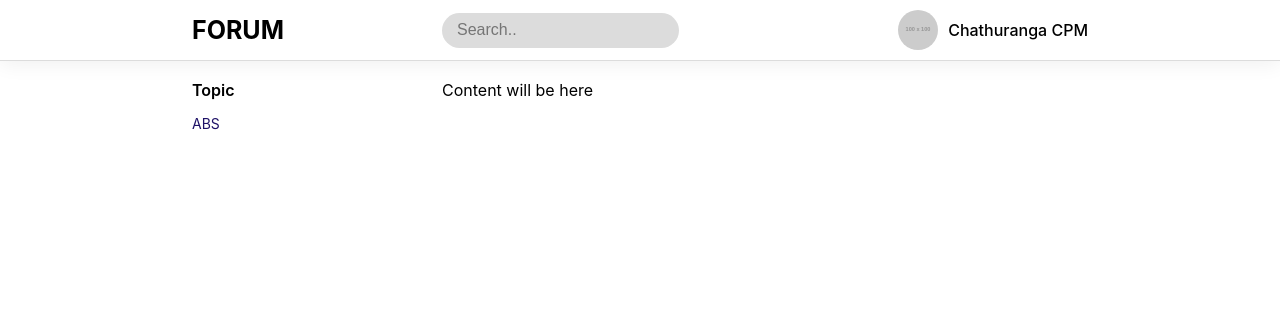
Repository: ChathurangaCPM/developer-forum
Page: / (app in client/)
An editor plug-in stored every save of this project. The page is shown before and after the next save, followed by the edit.
The browser window is 1280 px wide. The pictures show the whole page.
The project was rebuilt for these pictures with package versions that can differ from the ones it lists, and the page was loaded fresh each time.

Above is the page before, as saved 2022-05-09 21:09:21.

After the next save:
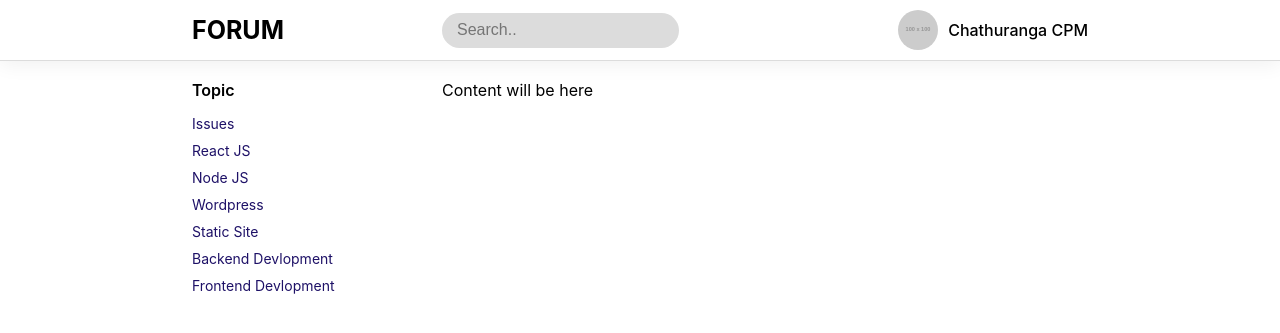
Saved 46 s later.
--- a/client/src/components/SideBar/SideBar.js
+++ b/client/src/components/SideBar/SideBar.js
@@ -6,7 +6,13 @@ function SideBar() {
 			<div className="menu_area">
 				<span className="title">Topic</span>
                 <ul>
-                    <li>ABS</li>
+                    <li>Issues</li>
+                    <li>React JS</li>
+                    <li>Node JS</li>
+                    <li>Wordpress</li>
+                    <li>Static Site</li>
+                    <li>Backend Devlopment</li>
+                    <li>Frontend Devlopment</li>
                 </ul>
             </div>
 		</div>
